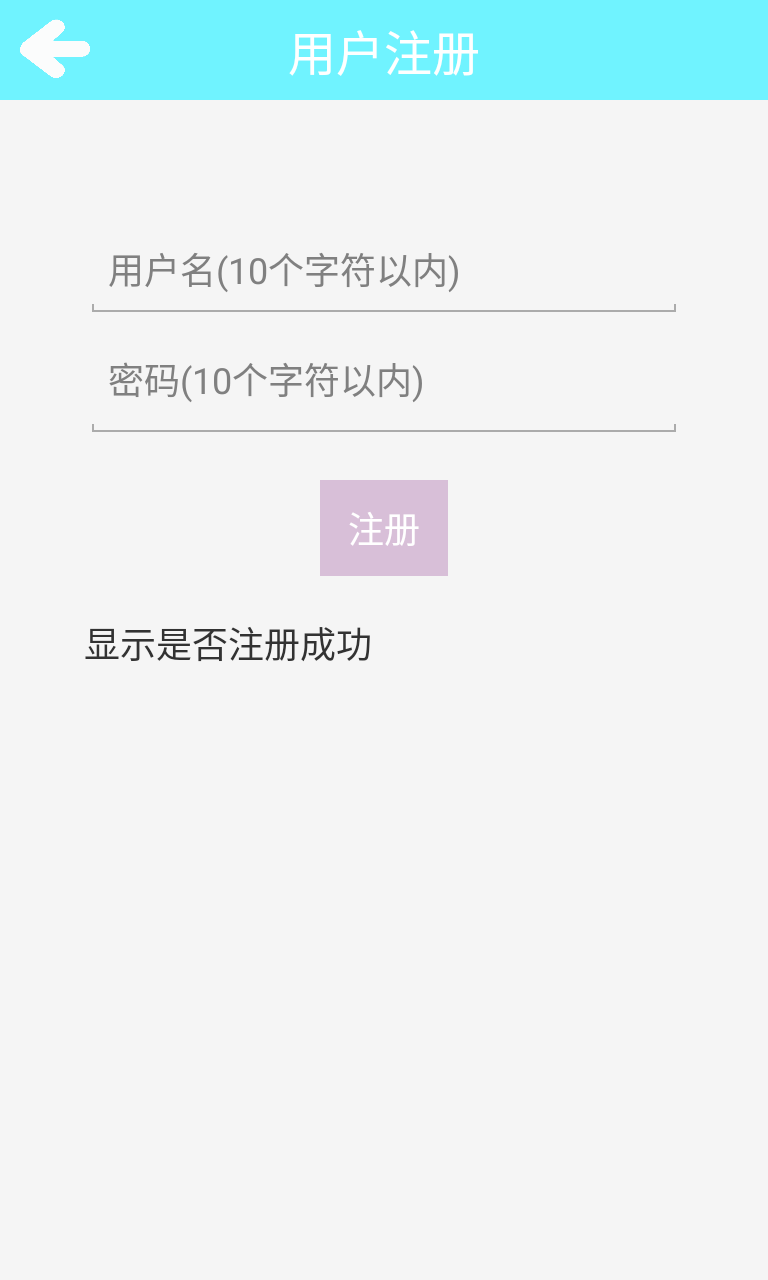
Repository: GuardLDW/HERO
Layout: GuardLDW/res/layout/register.xml
An editor plug-in stored every save of this project. The layout is shown before and after the next save, followed by the edit.
It is drawn on a 768 x 1280 px phone screen (xhdpi) without system bars, with theme AppTheme; the app's code is not run.

Above is the layout before, as saved 2016-11-07 08:40:20.

After the next save:
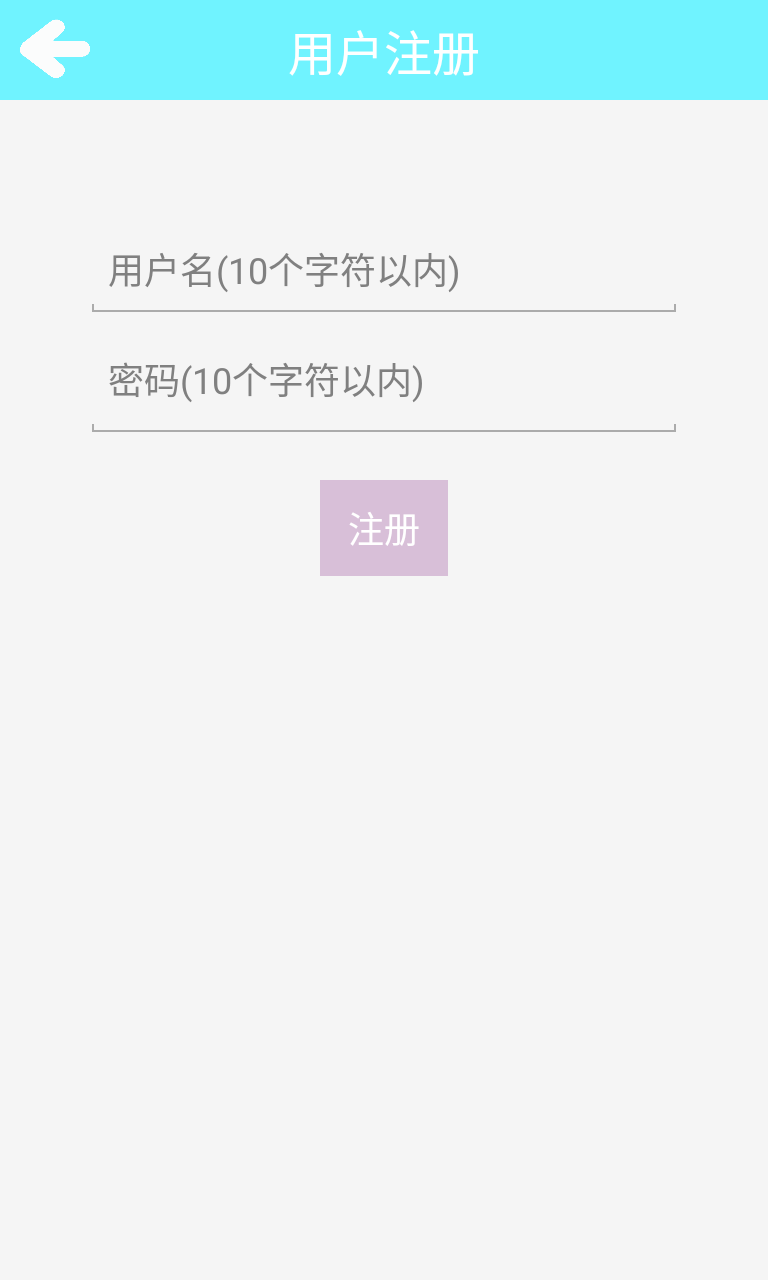
Saved 12 s later.
--- a/GuardLDW/res/layout/register.xml
+++ b/GuardLDW/res/layout/register.xml
@@ -66,15 +66,7 @@
                 android:layout_alignParentTop="true"
                 android:hint="用户名(10个字符以内)" />
 
-            <TextView
-                android:id = "@+id/textview_registerresult"
-                android:layout_width="300dp"
-                android:layout_height="wrap_content"
-                android:layout_alignLeft="@+id/edittext_registerpassword"
-                android:layout_below="@+id/button_register"
-                android:layout_marginTop="20dp"
-                android:text="显示是否注册成功"
-                android:textSize="18sp" />
+
 
         </RelativeLayout>
 
